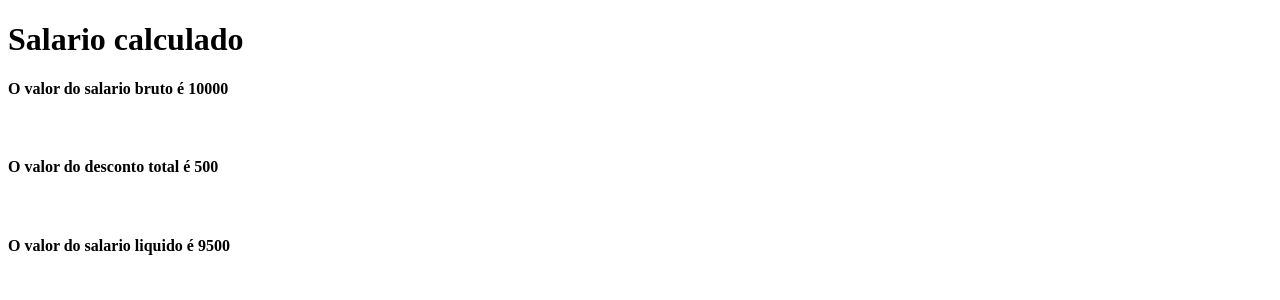
Repository: Nickolaz1/exercicios-jsp
Page: http://localhost/exer01/
The author's editor kept a copy of each file at every save. The page is drawn from the files as they stood at one save, then again after the next save.
The browser window is 1280 px wide. The pictures show the whole page.
The page is served by Tomcat 9.

Above is the page before, as saved 2021-06-06 23:07:55.

After the next save:
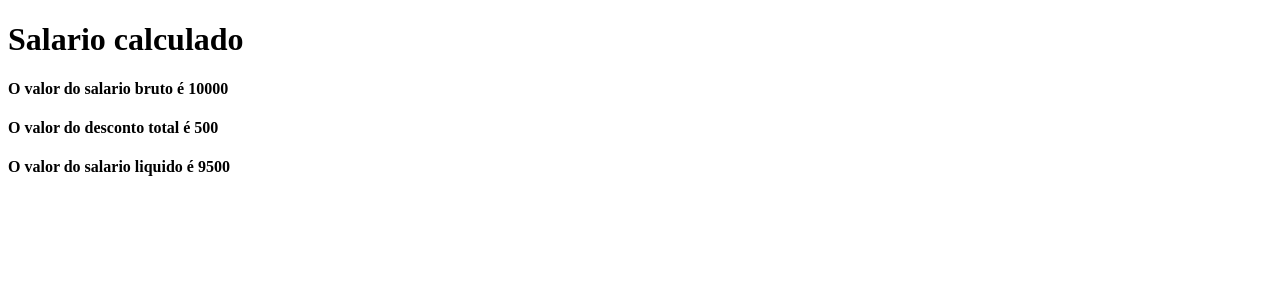
Saved 94 s later.
--- a/exer01/WebContent/index.jsp
+++ b/exer01/WebContent/index.jsp
@@ -13,8 +13,8 @@
 			sl = sb - td;
 		%>
 		<%-- Apresentar os valores : SB, TD e SL --%>
-		<h4>O valor do salario bruto é <%= sb %></h4><br>
-		<h4>O valor do desconto total é <%= td %></h4><br>
-		<h4>O valor do salario liquido é <%= sl %></h4><br>
+		<h4>O valor do salario bruto é <%= sb %></h4>
+		<h4>O valor do desconto total é <%= td %></h4>
+		<h4>O valor do salario liquido é <%= sl %></h4>
 	</body>
 </html>
